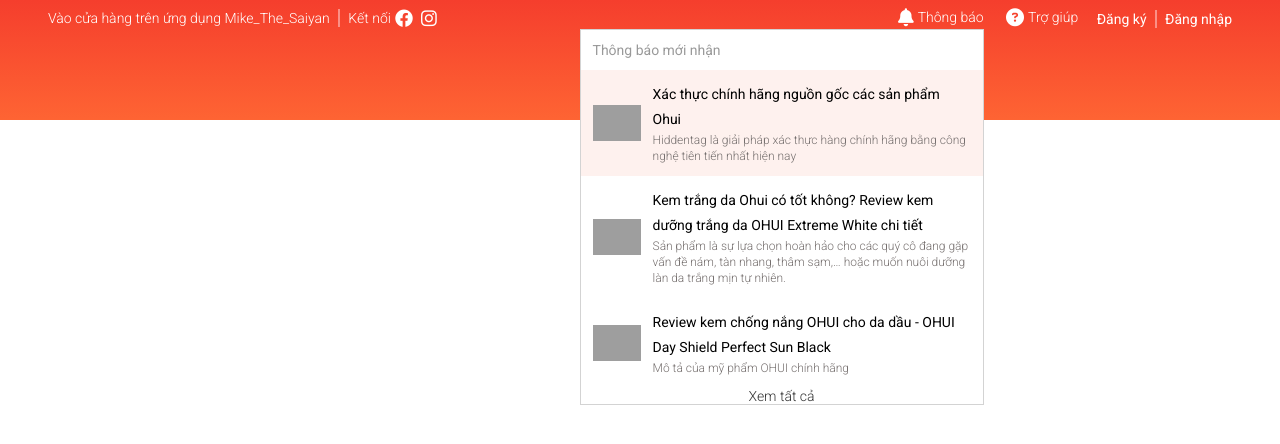
Repository: thefellowshiplotr/project_shopee
Page: index.html
The author's editor kept a copy of each file at every save. The page is drawn from the files as they stood at one save, then again after the next save.
The browser window is 1280 px wide. The pictures show the whole page.
Pictures or frames that could not be fetched are drawn as grey boxes.

Above is the page before, as saved 2022-11-07 10:36:44.

After the next save:
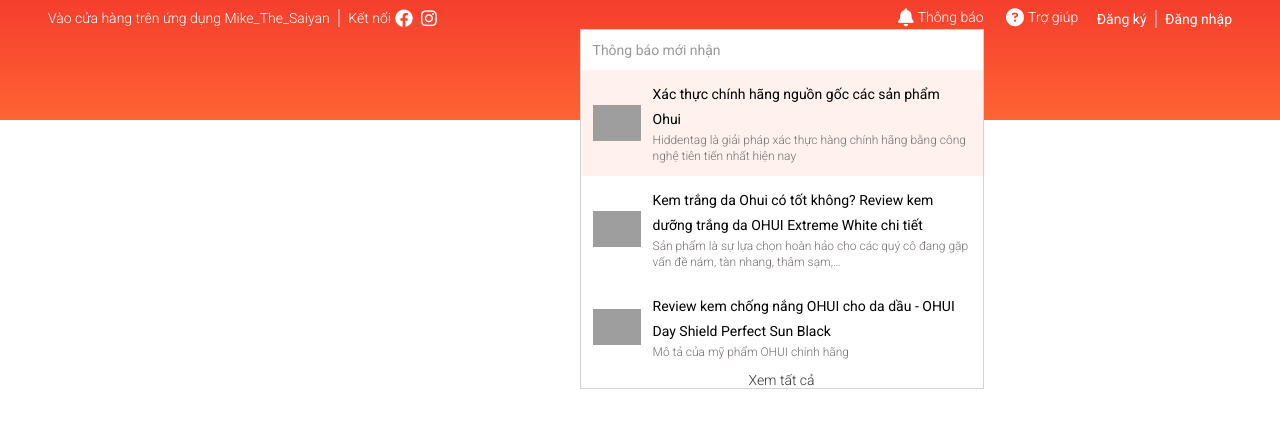
Saved 18 s later.
--- a/index.html
+++ b/index.html
@@ -122,8 +122,7 @@
                           >
                           <span class="header__notify-description"
                             >Sản phẩm là sự lựa chọn hoàn hảo cho các quý cô
-                            đang gặp vấn đề nám, tàn nhang, thâm sạm,… hoặc muốn
-                            nuôi dưỡng làn da trắng mịn tự nhiên.</span
+                            đang gặp vấn đề nám, tàn nhang, thâm sạm,…</span
                           >
                         </div>
                       </a>
